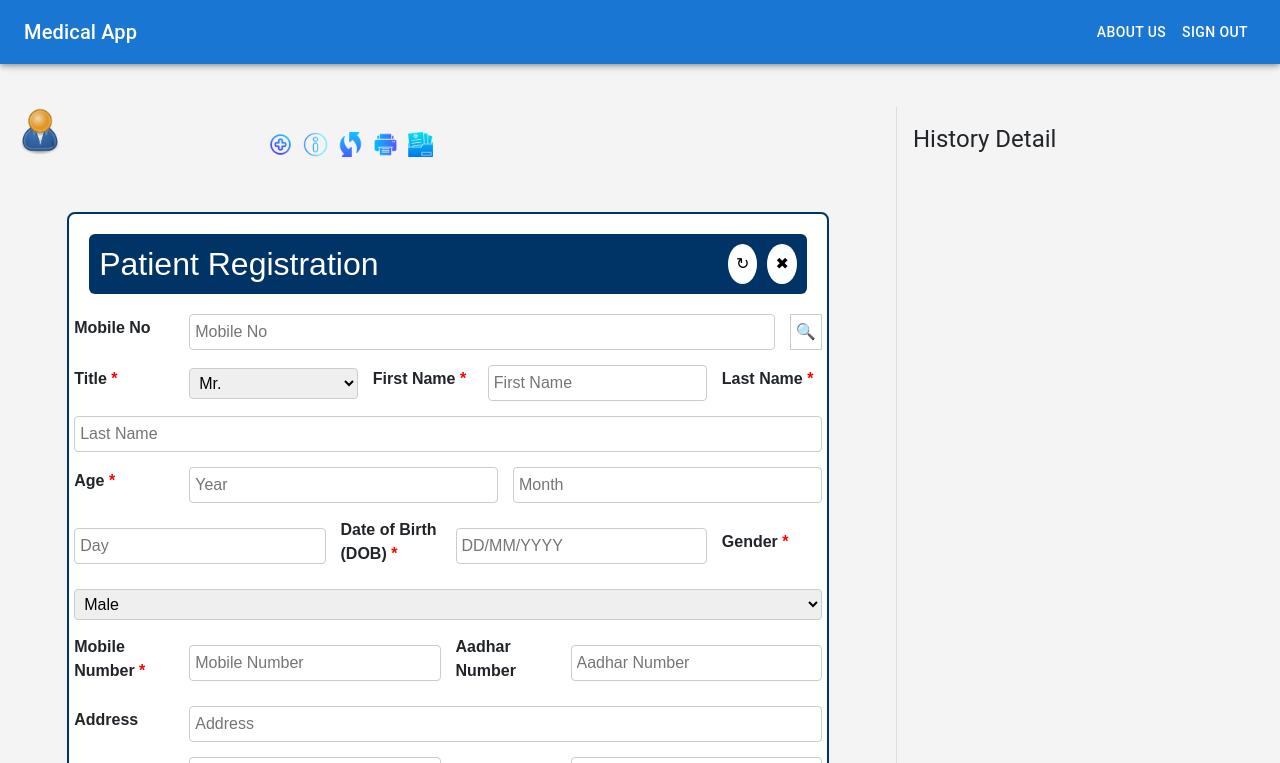
Repository: sshaiv/demo_project
Page: /
An editor plug-in stored every save of this project. The page is shown before and after a run of saves, followed by the edit.
The browser window is 1280 px wide. The pictures show the whole page.
An inner scrolling area shows only its first screen. The project was rebuilt for these pictures with package versions that can differ from the ones it lists, and the page was loaded fresh each time.

Above is the page before, as saved 2024-08-12 23:48:19.

### public/index.html
<!DOCTYPE html>
<html lang="en">
  <head>
    <meta charset="utf-8" />
    <link rel="icon" href="%PUBLIC_URL%/favicon.ico" />
    <meta name="viewport" content="width=device-width, initial-scale=1" />
    <meta name="theme-color" content="#000000" />
    <meta
      name="description"
      content="Web site created using create-react-app"
    />
    <link rel="apple-touch-icon" href="%PUBLIC_URL%/logo192.png" />
    <!--
      manifest.json provides metadata used when your web app is installed on a
      user's mobile device or desktop. See https://developers.google.com/web/fundamentals/web-app-manifest/
    -->
    <link rel="manifest" href="%PUBLIC_URL%/manifest.json" />
    <link
  rel="stylesheet"
  href="https://maxcdn.bootstrapcdn.com/bootstrap/4.5.2/css/bootstrap.min.css"
/>

    <!--
      Notice the use of %PUBLIC_URL% in the tags above.
      It will be replaced with the URL of the `public` folder during the build.
      Only files inside the `public` folder can be referenced from the HTML.

      Unlike "/favicon.ico" or "favicon.ico", "%PUBLIC_URL%/favicon.ico" will
      work correctly both with client-side routing and a non-root public URL.
      Learn how to configure a non-root public URL by running `npm run build`.
    -->
    <title>React App</title>
  </head>
  <body>
    <noscript>You need to enable JavaScript to run this app.</noscript>
    <div id="root"></div>
    <!--
      This HTML file is a template.
      If you open it directly in the browser, you will see an empty page.

      You can add webfonts, meta tags, or analytics to this file.
      The build step will place the bundled scripts into the <body> tag.

      To begin the development, run `npm start` or `yarn start`.
      To create a production bundle, use `npm run build` or `yarn build`.
    -->
  </body>
</html>

### src/App.js
// src/App.js
import React from 'react';
import { Box, Container } from '@mui/material';
import LeftSection from './components/LeftSection';
import RightSection from './components/RightSection';
import Header from './components/Header'; // Assuming you have a Header component

const App = () => {
  return (
    <div>
      <Header /> {/* Include your header if you have one */}

      <Box
        sx={{
          position:'relative',
          top:'75px',
          display: 'flex',
          height: 'calc(100vh - 64px)', // Adjust height if you have a header
        }}
      >
        <Box sx={{ width: '70%', overflowY: 'scroll' }}>
          <LeftSection />

        </Box>
        <Box sx={{ width: '30%', borderLeft: '1px solid #ddd' }}>
          <RightSection />
        </Box>
      </Box>
    </div>
  );
};

export default App;

### src/components/LeftSection.jsx
// src/components/LeftSection.js
import React from 'react';
// import { Box, Typography, TextField, Grid } from '@mui/material';
import NursingHeader from './NursingHeader';
import AddPatient from './AddPatient';
import { useState } from 'react';

const LeftSection = () => {


  const [showLogin, setShowLogin] = useState(false)

  return (
    <>
    {showLogin? <AddPatient  setShowLogin={setShowLogin}/>:<></>}

     <div>
      <NursingHeader  setShowLogin={setShowLogin} />
      </div>
   </>
  );
};

export default LeftSection;

### src/components/RightSection.jsx
// src/components/RightSection.js
import React from 'react';
import { Box, Typography } from '@mui/material';

const RightSection = () => {
  return (
    <Box
      sx={{
        width: '100%',
        height: 'calc(100vh - 64px)',
        padding: '16px',
        boxSizing: 'border-box',
      }}
    >
      <Typography variant="h5" gutterBottom>
        History Detail
      </Typography>
      {/* Add more content as needed */}
    </Box>
  );
};

export default RightSection;

### src/components/Header.js
import React from 'react';
import { AppBar, Toolbar, Typography, Button } from '@mui/material';

const Header = () => {
  return (
    <AppBar position="fixed">
      <Toolbar>
        <Typography variant="h6" style={{ flexGrow: 1 }}>
          Medical App
        </Typography>
        <Button color="inherit">About Us</Button>
        <Button color="inherit">Sign Out</Button>
      </Toolbar>
    </AppBar>
  );
};

export default Header;

### src/components/NursingHeader.js
// import React from "react";
import React, { useState } from "react";
import Modal from "./AddPatient";
import  '../cssfile/style.css'

const NursingHeader = ({setShowLogin}) => {
    const [isModalOpen, setIsModalOpen] = useState(false);

    // const openModal = () => {
    //   setIsModalOpen(true);
    // };

    const closeModal = () => {
      setIsModalOpen(false);
    };

  return (
    <div id="NursingHeader" className="container-fluid">
      <div className="row">
        {/* Employee Image */}
        <div className="col-md-1">
          <img
            src="/assets/2000px-User_icon_2.svg.png"
            style={{
              width: "50px",
              height: "50px",
              marginRight: "10px",
              cursor: "pointer",
            }}
            alt=""
            onClick={() => console.log("Add Patient Clicked")}
          />
        </div>

        {/* Patient Information */}
        <div className="col-md-5">
          <div
            className="input-group input-group-sm"
            style={{ fontWeight: "bolder", border: "none" }}
          >
            <span
              id="txtPatName"
              style={{
                display: "inline",
                fontWeight: "bolder",
                border: "none",
              }}
            >
              {/* Patient Name */}
            </span>
            <span
              id="txtAgeSex"
              style={{
                display: "inline",
                fontWeight: "bolder",
                border: "none",
              }}
            >
              {/* Age and Sex */}
            </span>
            <span
              id="txtNurIpdNo"
              style={{
                display: "inline",
                fontWeight: "bolder",
                border: "none",
              }}
            >
              {/* Nurse IPD Number */}
            </span>
            <span
              id="txtMobNo"
              className="glyphicon glyphicon-phone"
              style={{
                display: "inline",
                fontWeight: "bolder",
                fontSize: "15px",
                border: "none",
              }}
            >
              {/* Mobile Number */}
            </span>
          </div>
        </div>

        {/* Action Buttons */}
        <div
        className="col-md-6"
        style={{ textAlign: "right", position: "relative", bottom: "40px" }}
      >
        <img
          src="/assets/addpatients.png"
          style={{
            width: "25px",
            height: "25px",
            marginRight: "10px",
            cursor: "pointer",
          }}
          alt="ADD"
          onClick={() => setShowLogin(true)}
        />
        <img
          src="/assets/info-button.png"
          style={{
            width: "25px",
            height: "25px",
            marginRight: "10px",
            cursor: "pointer",
          }}
          alt="Info"
          onClick={() => console.log("Info Button Clicked")}
        />
        <img
          src="/assets/refresh.png"
          style={{
            width: "25px",
            height: "25px",
            marginRight: "10px",
            cursor: "pointer",
          }}
          alt="Refresh"
          onClick={() => console.log("Refresh Clicked")}
        />
        <img
          src="/assets/printer.png"
          style={{
            width: "25px",
            height: "25px",
            marginRight: "10px",
            cursor: "pointer",
          }}
          alt="Print"
          onClick={() => console.log("Print Clicked")}
        />
        <img
          src="/assets/folder.png"
          style={{ width: "25px", height: "25px", cursor: "pointer" }}
          alt="Folder"
          onClick={() => console.log("Folder Clicked")}
        />
      </div>

      {/* Modal */}
      <Modal isOpen={isModalOpen} onClose={closeModal}>
        <h2>Add Patient</h2>
        <form>
          {/* Your form fields go here */}
          <div>
            <label>Name:</label>
            <input type="text" name="name" />
          </div>
          <div>
            <label>Age:</label>
            <input type="number" name="age" />
          </div>
          <div>
            <label>Gender:</label>
            <select name="gender">
              <option value="male">Male</option>
              <option value="female">Female</option>
            </select>
          </div>
          <button type="submit">Submit</button>
        </form>
      </Modal>
      </div>

      {/* Hidden Fields */}
      <div className="row">
        <div className="col-md-1" hidden>
          <label>Bed No.</label>
          <input
            id="txtBedNo"
            type="text"
            className="form-control form-control-readonly"
            readOnly
            disabled
          />
        </div>
        <div className="col-md-1" hidden>
          <label>Age</label>
          <input
            id="txtAge"
            type="text"
            className="form-control form-control-readonly"
            readOnly
            disabled
          />
        </div>
        <div className="col-md-1" hidden>
          <label>Gender</label>
          <input
            id="txtGender"
            type="text"
            className="form-control form-control-readonly"
            readOnly
            disabled
          />
        </div>
      </div>
    </div>
  );
};

// Reusable Button Component
const Button = ({ id, imgSrc, onClick, title, disabled }) => (
  <button
    id={id}
    className="btn btn-primary btn-sm"
    style={{ backgroundColor: "transparent" }}
    onClick={onClick}
    title={title}
    disabled={disabled}
  >
    <img
      src={imgSrc}
      style={{ width: "25px", height: "25px" }}
      alt={title || "button"}
    />
  </button>
);

export default NursingHeader;

### src/components/AddPatient.js

import React from 'react';
// import '/project/my-app/src/hms_css/NursingHeader.css';
import '../cssfile/style.css'

const AddPatient = ({setShowLogin}) => {
  // const handleDocumentPatientFile = (type) => {
  //   console.log(Document Patient File Type: ${type});
  // };

  const handleRefreshDocExmn = () => {
    console.log('Refresh Document Examination');
  };

  const handleGetReportDoctorExmnData = () => {
    console.log('Get Report Doctor Examination Data');
  };

  const handleOnClose = () => {
    console.log('Close');
  };

  return (
    <div className="container">
      <div className="header">
        <h2>Patient Registration</h2>
        <div className="buttons">
          <button className="refresh-btn" onClick={handleRefreshDocExmn}>
            &#x21bb;
          </button>
          <button className="close-btn" onClick={()=>setShowLogin(false)}>
            &#x2716;
          </button>
        </div>
      </div>
      <form className="patient-form">
        {/* Form Fields */}
        <div className="row">
          <label>Mobile No</label>
          <input type="text" placeholder="Mobile No" />
          <button className="search-btn">&#x1F50D;</button>
        </div>

        <div className="row">
          <label>
            Title <span className="required">*</span>
          </label>
          <select>
            <option>Mr.</option>
            <option>Mrs.</option>
            <option>Ms.</option>
          </select>

          <label>
            First Name <span className="required">*</span>
          </label>
          <input type="text" placeholder="First Name" />

          <label>
            Last Name <span className="required">*</span>
          </label>
          <input type="text" placeholder="Last Name" />
        </div>

        <div className="row">
          <label>
            Age <span className="required">*</span>
          </label>
          <input type="text" placeholder="Year" />
          <input type="text" placeholder="Month" />
          <input type="text" placeholder="Day" />

          <label>
            Date of Birth (DOB) <span className="required">*</span>
          </label>
          <input type="text" placeholder="DD/MM/YYYY" />

          <label>
            Gender <span className="required">*</span>
          </label>
          <select>
            <option>Male</option>
            <option>Female</option>
            <option>Other</option>
          </select>
        </div>

        <div className="row">
          <label>
            Mobile Number <span className="required">*</span>
          </label>
          <input type="text" placeholder="Mobile Number" />

          <label>Aadhar Number</label>
          <input type="text" placeholder="Aadhar Number" />

          <label>Address</label>
          <input type="text" placeholder="Address" />
        </div>

        <div className="row">
          <label>City</label>
          <input type="text" placeholder="City" />

          <label>State</label>
          <input type="text" placeholder="State" />

          <label>Country</label>
          <input type="text" placeholder="Country" />
        </div>

        <div className="footer">
          <button type="submit" className="done-btn">
            DONE
          </button>
        </div>
      </form>
    </div>
  );
};

export default AddPatient;

### src/cssfile/style.css
body {
    font-family: Arial, sans-serif;
    background-color: #f4f4f4;
    display: flex;
    justify-content: center;
    align-items: center;
    height: 100vh;
    margin: 0;
  }

  .container {
    background-color: white;
    width: 85%;
    border: 2px solid #003366;
    border-radius: 8px;
    padding: 20px;
  }

  .header {
    display: flex;
    justify-content: space-between;
    align-items: center;
    background-color: #003366;
    color: white;
    padding: 10px;
    border-radius: 6px;
  }

  .header h2 {
    margin: 0;
  }

  .buttons {
    display: flex;
    gap: 10px;
  }

  .buttons button {
    background-color: white;
    border: none;
    border-radius: 50%;
    padding: 8px;
    cursor: pointer;
    font-size: 16px;
  }

  .patient-form {
    margin-top: 20px;
  }

  .row {
    display: flex;
    align-items: center;
    margin-bottom: 15px;
    gap: 15px;
  }

  .row label {
    width: 100px;
    font-weight: bold;
  }

  .row input,
  .row select {
    flex: 1;
    padding: 5px;
    border: 1px solid #ccc;
    border-radius: 4px;
  }

  .row .required {
    color: red;
  }

  .search-btn {
    background-color: #fff;
    border: 1px solid #ccc;
    padding: 5px;
    cursor: pointer;
  }

  .footer {
    display: flex;
    justify-content: center;
    margin-top: 20px;
  }

  .done-btn {
    background-color: #003366;
    color: white;
    padding: 10px 20px;
    border: none;
    border-radius: 4px;
    cursor: pointer;
    font-size: 16px;
  }

Loaded but not shown: src/index.js (common file); src/index.css (common file)

After the next 3 saves:
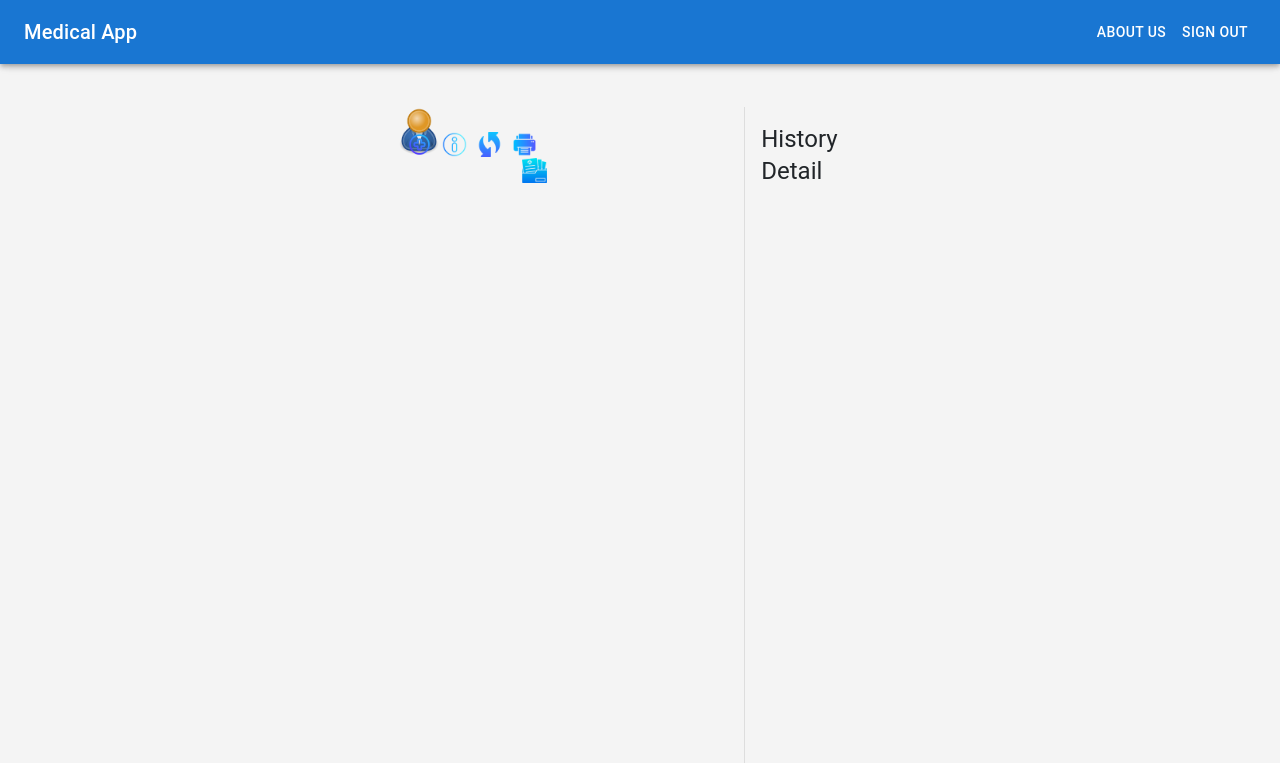
The 3 saves are shown as one change because they came seconds apart.
The last was saved 28 s later.
--- a/src/components/NursingHeader.js
+++ b/src/components/NursingHeader.js
@@ -141,28 +141,7 @@ const NursingHeader = ({setShowLogin}) => {
       </div>
 
       {/* Modal */}
-      <Modal isOpen={isModalOpen} onClose={closeModal}>
-        <h2>Add Patient</h2>
-        <form>
-          {/* Your form fields go here */}
-          <div>
-            <label>Name:</label>
-            <input type="text" name="name" />
-          </div>
-          <div>
-            <label>Age:</label>
-            <input type="number" name="age" />
-          </div>
-          <div>
-            <label>Gender:</label>
-            <select name="gender">
-              <option value="male">Male</option>
-              <option value="female">Female</option>
-            </select>
-          </div>
-          <button type="submit">Submit</button>
-        </form>
-      </Modal>
+
       </div>
 
       {/* Hidden Fields */}
